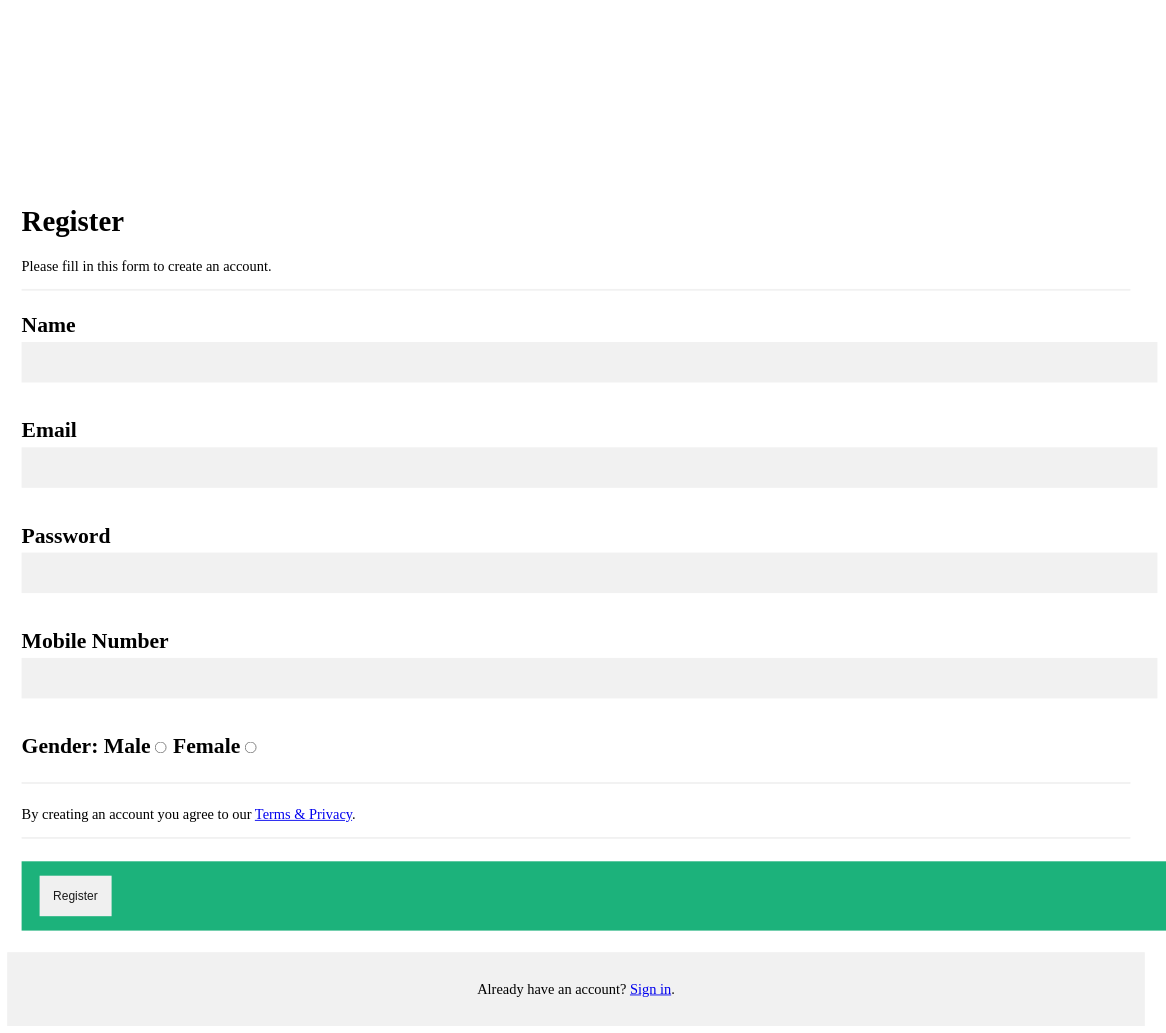
Repository: pavani122/Ecommerce
Page: http://localhost/Ecommerce/WEB-INF/view/register.jsp
The author's editor kept a copy of each file at every save. The page is drawn from the files as they stood at one save, then again after the next save.
The browser window is 1280 px wide. The page is 1296 px wide, then 1286 px, so the pictures cover 1296 px, including what lies to the right of the window. The pictures show the whole page, at 90% of full size.
The page is served by Tomcat 9. Nobody is signed in. Other server files are loaded and not shown. The template is opened directly, without the code that normally fills it, so the values that code supplies are empty.

Above is the page before, as saved 2022-09-01 11:42:37.

### Ecommerce/src/main/webapp/WEB-INF/view/register.jsp
<%@ page language="java" contentType="text/html; charset=ISO-8859-1"
    pageEncoding="ISO-8859-1"%>
<%@ taglib prefix="form" uri="http://www.springframework.org/tags/form" %>
<%@page isELIgnored="false" %>



<!DOCTYPE html>
<html>
<head>
<meta charset="ISO-8859-1">
<title>register</title>
</head>
<style>
.register{
text-align: center;
}
.container {
  padding: 16px;
  background-color: white;
}
hr {
  border: 1px solid #f1f1f1;
  margin-bottom: 25px;
}
input[type=text], input[type=password] {
  width: 100%;
  padding: 15px;
  margin: 5px 0 22px 0;
  display: inline-block;
  border: none;
  background: #f1f1f1;
}
input[type=text]:focus, input[type=password]:focus {
  background-color: #ddd;
  outline: none;
}
input[type=submit]
{
border: none;
padding: 15px;
text-align: center;
}
.registerbtn {
  background-color: #04AA6D;
  color: white;
  padding: 16px 20px;
  margin: 8px 0;
  border: none;
  cursor: pointer;
  width: 100%;
  opacity: 0.9;
}
#fields{
font-size: x-large;
text-align: left;
}
.signin {
  background-color: #f1f1f1;
  text-align: center;
}
</style>
<body>
<h1>
${message }<br><br>
${notRegistered }<br><br></h1>


<form:form action="registered" modelAttribute="person">
<div class="container">
<h1>Register</h1>
    <p>Please fill in this form to create an account.</p>
    <hr>
<label id="fields"><b>Name</b></label><form:input path="name"/><br><br>
<label id="fields"><b>Email</b></label><form:input path="email"/><br><br>
<label id="fields"><b>Password</b></label><form:password path="password"/><br><br>
<label id="fields"><b>Mobile Number</b></label><form:input path="number"/><br><br>
<label id="fields"><b>Gender: </b></label>
<label id="fields"><b>Male</b></label><form:radiobutton path="gender" value="male"/>
<label id="fields"><b>Female</b></label><form:radiobutton path="gender" value="female"/>
<br><br><hr>
 <p>By creating an account you agree to our <a href="#">Terms & Privacy</a>.</p><hr>
<div class="registerbtn"><input type="submit" value="Register"></div>
</div>

 <div class="container signin">
    <p>Already have an account? <a href="/Ecommerce/login">Sign in</a>.</p>
  </div>
</form:form>


</body>
</html>

After the next save:
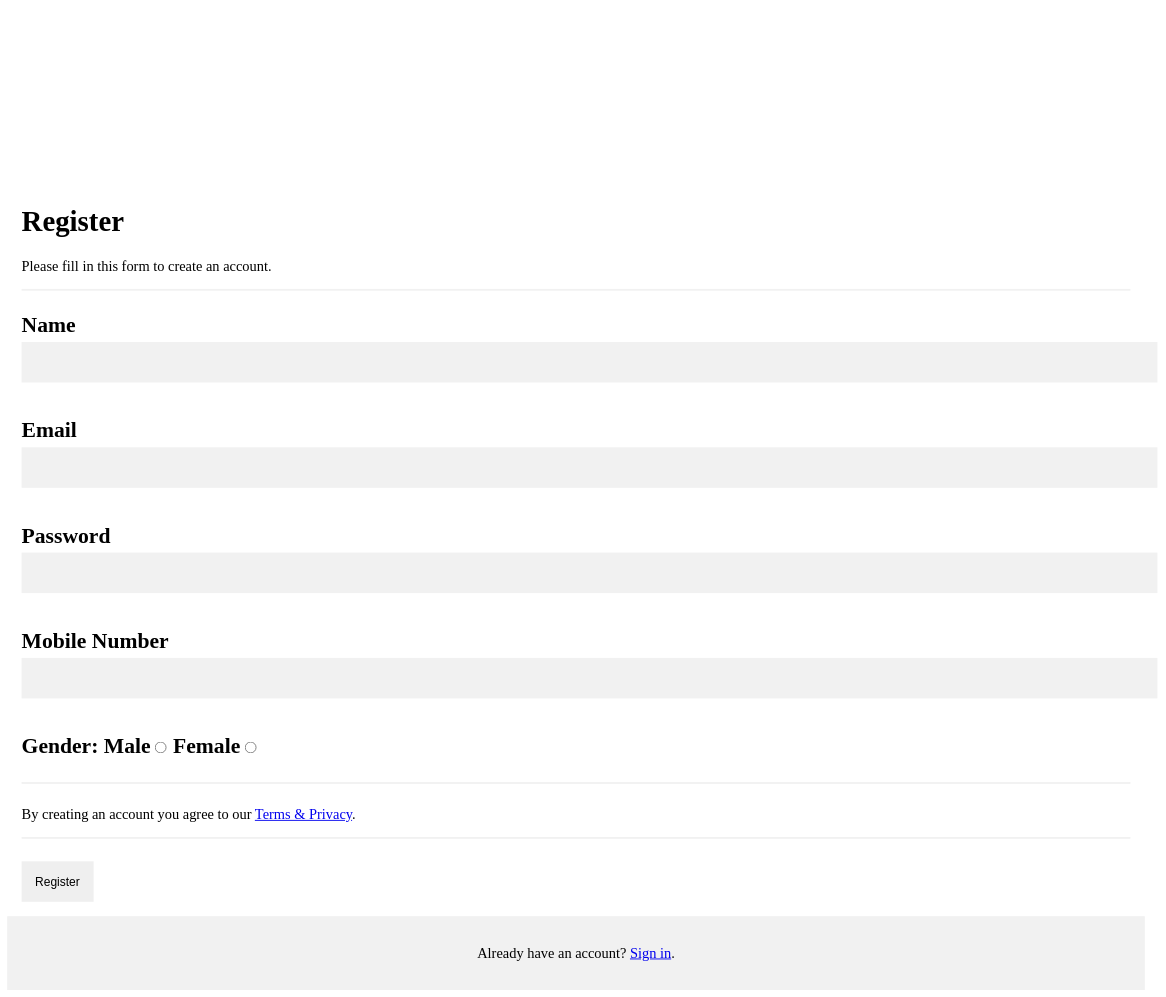
Saved 83 min 33 s later.
--- a/Ecommerce/src/main/webapp/WEB-INF/view/register.jsp
+++ b/Ecommerce/src/main/webapp/WEB-INF/view/register.jsp
@@ -80,7 +80,7 @@ ${notRegistered }<br><br></h1>
 <label id="fields"><b>Female</b></label><form:radiobutton path="gender" value="female"/>
 <br><br><hr>
  <p>By creating an account you agree to our <a href="#">Terms & Privacy</a>.</p><hr>
-<div class="registerbtn"><input type="submit" value="Register"></div>
+<input type="submit" value="Register">
 </div>
 
  <div class="container signin">
